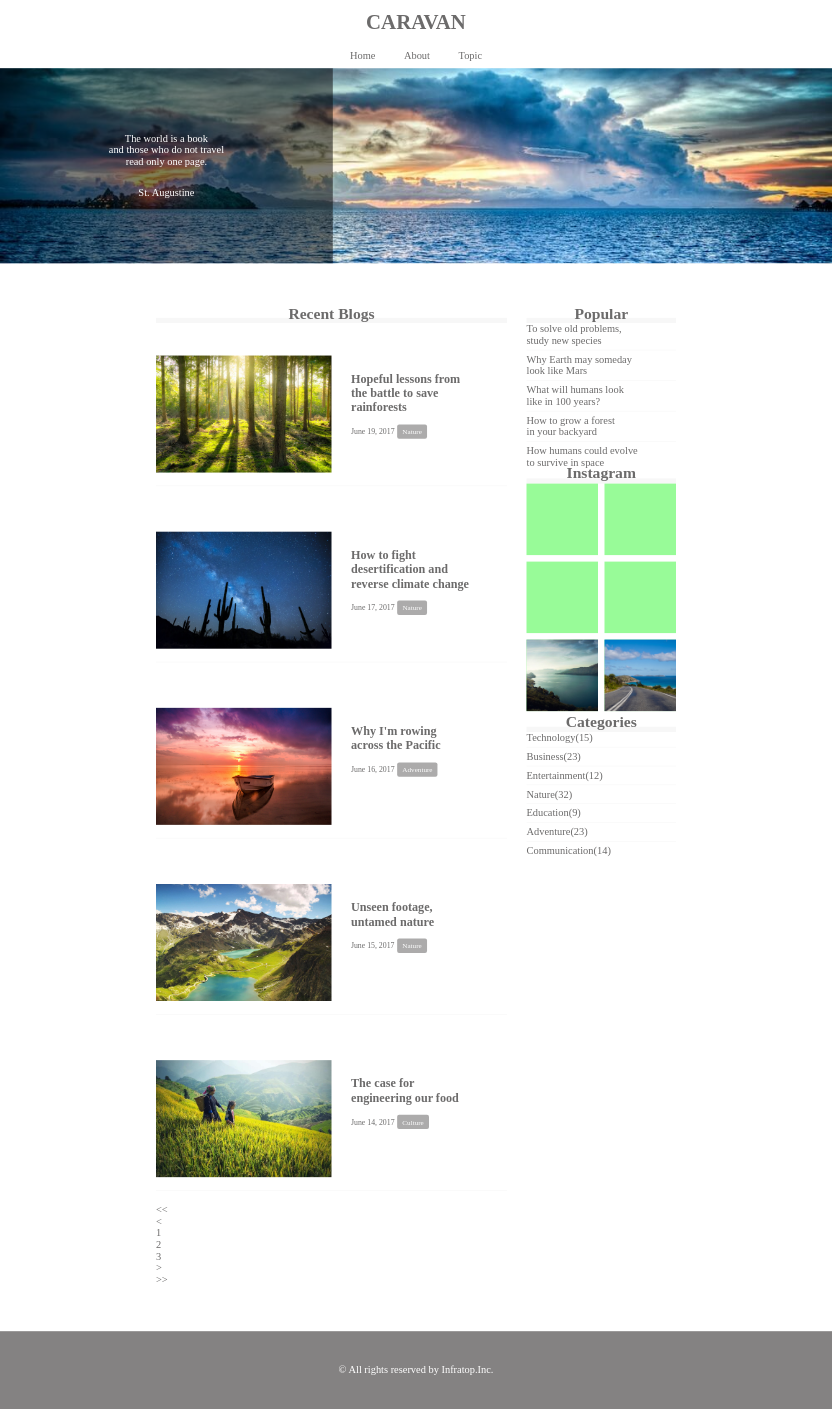
Repository: rascalNoShippo/git-practice
Page: caravan/index.html
The author's editor kept a record of every edit. The page is drawn from the files as they stood at one moment, then again after the next edit.
The browser window is 1280 px wide. The pictures show the whole page, at 65% of full size.

Above is the page before.
Not found: caravan/img/airport.jpg
Not found: caravan/img/japan.jpg
Not found: caravan/img/japan2.jpg

After the next edit:
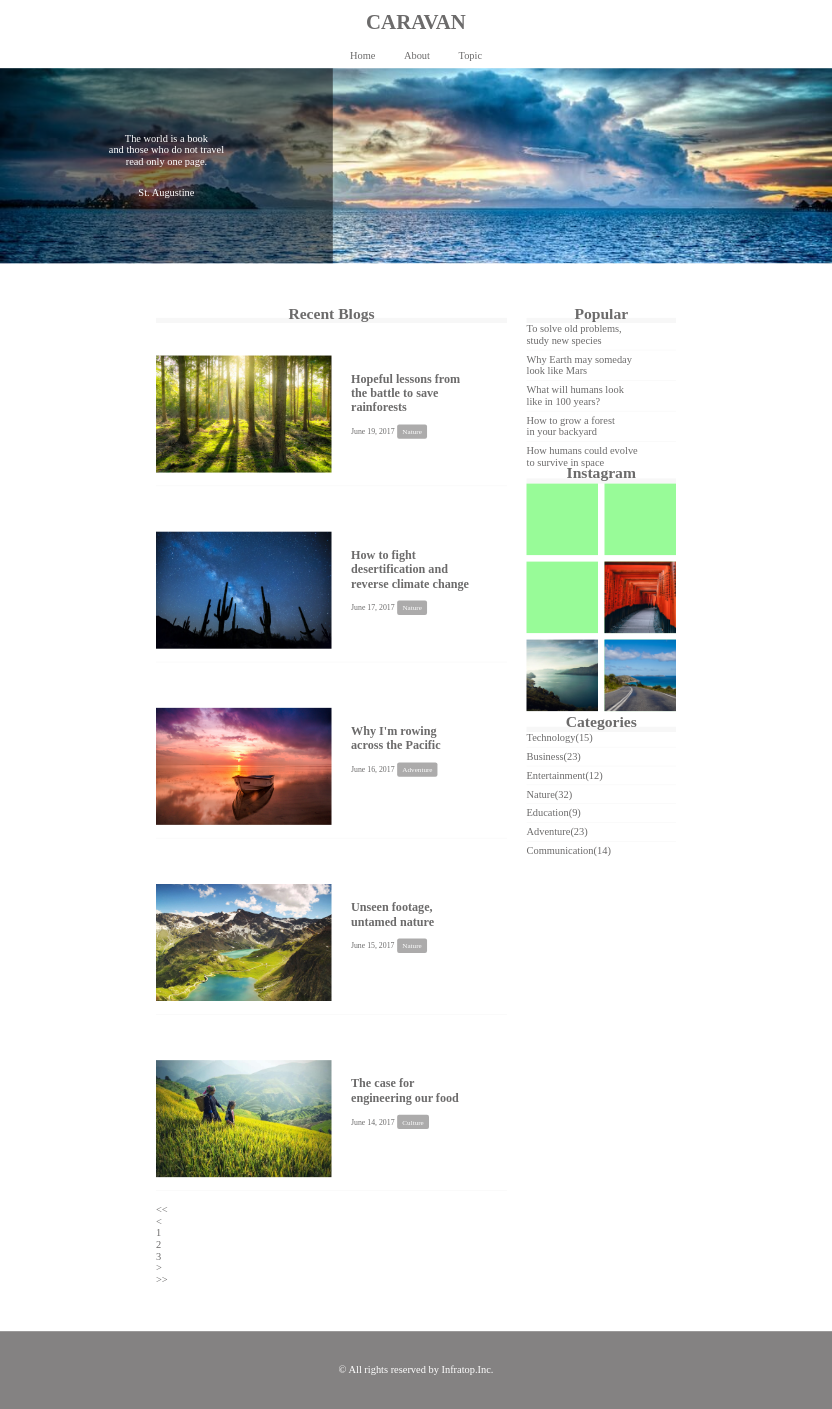
The edit:
--- a/caravan/style.css
+++ b/caravan/style.css
@@ -180,7 +180,7 @@
 }
 
 .instagram-box:nth-child(4) {
-  background-image: url(img/japan2.jpg);
+  background-image: url(image/japan2.jpg);
 }
 
 .instagram-box:nth-child(5) {
